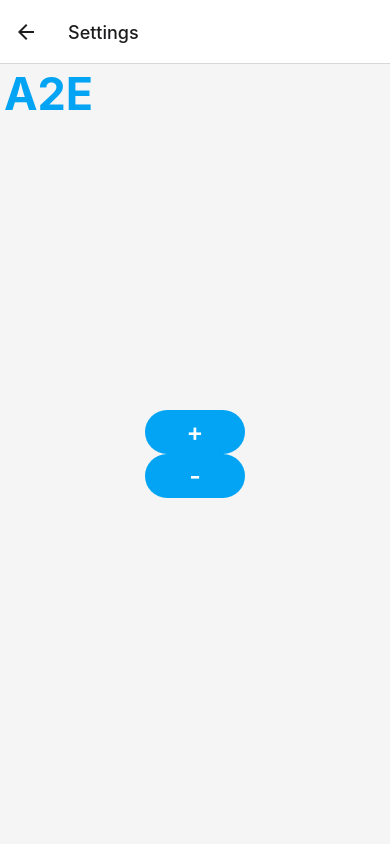
Repository: amartinM1/A2E-UI
Page: /Settings
These files come from the project's save history. The page is drawn as it stood at one moment and after the next save; the edit follows.
The browser window is 390 px wide. The pictures show the whole page.
The app was drawn by React Native's web renderer in a window 390 px wide. The project was rebuilt for these pictures with package versions that can differ from the ones it lists, and the page was loaded fresh each time. Some packages were replaced by stand-ins written for this rebuild. Also part of the build but not shown: pages/profile.js, server/server.js, pages/home.js.

Above is the page before, as saved 2023-02-16 12:03:50.

After the next save:
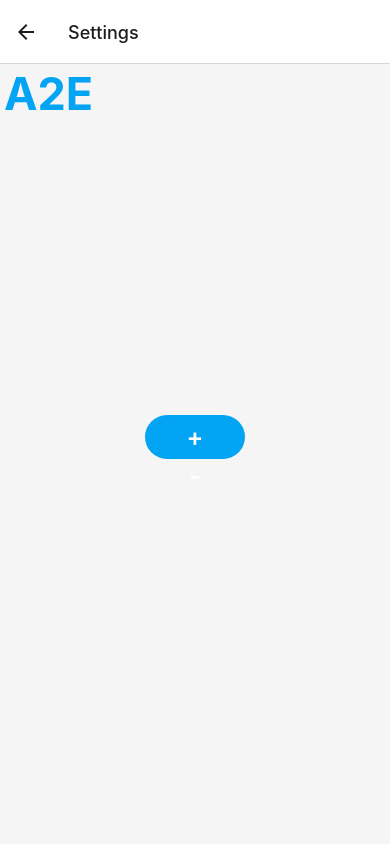
Saved 37 s later.
--- a/pages/settings.js
+++ b/pages/settings.js
@@ -26,14 +26,14 @@ function Settings({navigation}) {
             <View style={styles.main_container}>
                 <Button
                             onPress={() =>setFontSize(fontSize + 2)}
-                            toStyle={styles.button}
+                            toStyle={styles.button1}
                             textStyle={styles.button_text}
                         >
                         +
                 </Button>
                 <Button
                             onPress={() =>setFontSize(fontSize - 2)}
-                            toStyle={styles.button}
+                            toStyle={styles.button2}
                             textStyle={styles.button_text}
                         >
                         -
@@ -71,7 +71,7 @@ const styles = StyleSheet.create({
         marginLeft: '1%',
         marginTop: '0.5%',
     },
-    button: {
+    button1: {
         alignItems: 'center',
         backgroundColor: '#04a4f4',
         padding: 5,

After the save that followed:
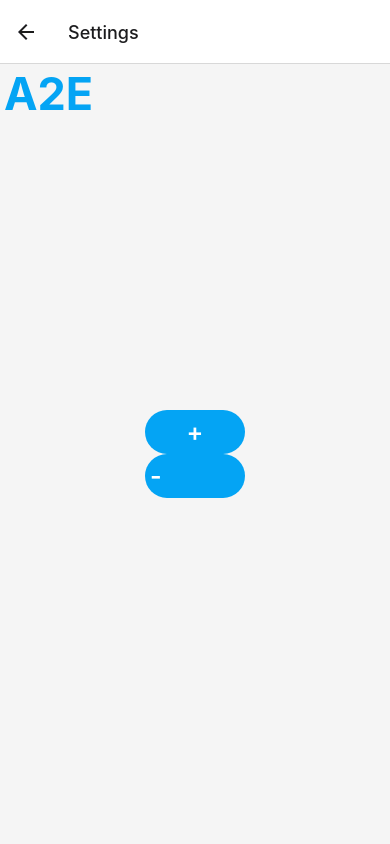
Saved 27 s later.
--- a/pages/settings.js
+++ b/pages/settings.js
@@ -78,6 +78,13 @@ const styles = StyleSheet.create({
         borderRadius: 30,
         width: 100,
     },
+    button2: {
+        alignItems: 'right',
+        backgroundColor: '#04a4f4',
+        padding: 5,
+        borderRadius: 30,
+        width: 100,
+    },
     button_text: {
         marginBottom: 2,
         marginTop: 2,
